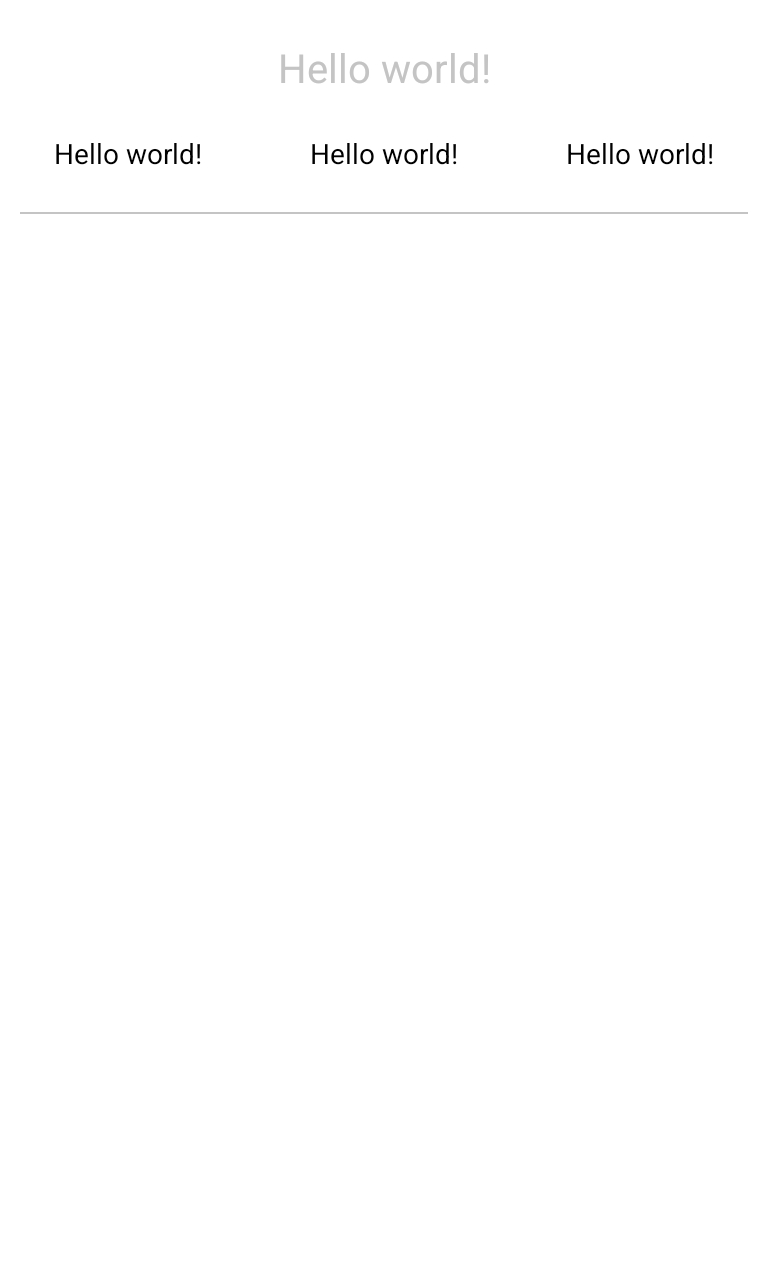
Repository: colincove/IAT381-Android
Layout: ColinCove_Assignment02/res/layout/activity_sensor_info.xml
These files come from the project's save history. The layout is drawn as it stood at one moment and after the next save; the edit follows.
It is drawn on a 768 x 1280 px phone screen (xhdpi) without system bars, with theme AppTheme; the app's code is not run.

Above is the layout before, as saved 2013-10-04 19:03:29.

### ColinCove_Assignment02/res/layout/activity_sensor_info.xml
<?xml version="1.0" encoding="utf-8"?>
<TableLayout xmlns:android="http://schemas.android.com/apk/res/android"
    android:id="@id/sensor_display_layout"
    android:layout_width="fill_parent"
    android:layout_height="fill_parent"
    android:orientation="vertical"
    android:shrinkColumns="*"
    android:stretchColumns="*" >

    <TableRow
        android:layout_width="wrap_content"
        android:layout_height="wrap_content" >

        <TextView
            android:layout_width="wrap_content"
            android:layout_height="wrap_content"
            android:layout_marginBottom="20dip"
            android:layout_marginTop="20dip"
            android:layout_span="3"
            android:gravity="center"
            android:text="@string/hello_world"
            android:textColor="@color/low_contrast"
            android:textSize="20sp" />
    </TableRow>

    <TableRow
        android:layout_width="fill_parent"
        android:layout_height="wrap_content" >

        <TextView
            android:layout_width="wrap_content"
            android:layout_height="wrap_content"
            android:layout_span="1"
            android:gravity="center"
            android:text="@string/hello_world"
            android:textColor="@color/heigh_contrast" />

        <TextView
            android:layout_width="wrap_content"
            android:layout_height="wrap_content"
            android:layout_span="1"
            android:gravity="center"
            android:text="@string/hello_world"
            android:textColor="@color/heigh_contrast" />

        <TextView
            android:layout_width="wrap_content"
            android:layout_height="wrap_content"
            android:layout_span="1"
            android:gravity="center"
            android:text="@string/hello_world"
            android:textColor="@color/heigh_contrast" />
    </TableRow>

    <View
        android:layout_height="1dip"
        android:layout_marginBottom="20dip"
        android:layout_marginLeft="10dip"
        android:layout_marginRight="10dip"
        android:layout_marginTop="20dip"
        android:background="@color/low_contrast" />

</TableLayout>

### ColinCove_Assignment02/res/values/strings.xml
<?xml version="1.0" encoding="utf-8"?>
<resources>

    <string name="app_name">ColinCove_Assignment02</string>
    <string name="action_settings">Settings</string>
    <string name="hello_world">Hello world!</string>
    <string name="test_btn">My Test Button</string>
    <!-- Sensor Info Titles -->
    <string name="resolution_title">Sensor Resolution</string>
    <string name="max_range_title">Max Range</string>
    <string name="min_delay_title">Min Range</string>
    <string name="power_title">Power</string>
<string name="type_title">Type</string>
<string name="vendor_title">Vendor</string>
<string name="version_title">Version</string>
</resources>

### ColinCove_Assignment02/res/values/colors.xml
<?xml version="1.0" encoding="utf-8"?>
<resources>
    <color name="low_contrast" >#c4c4c4</color>
    <color name="heigh_contrast" >#000000</color>
</resources>

Loaded but not shown: ColinCove_Assignment02/res/values/styles.xml (common file); ColinCove_Assignment02/res/values-v11/styles.xml (common file); ColinCove_Assignment02/res/values-v14/styles.xml (common file)

After the next save:
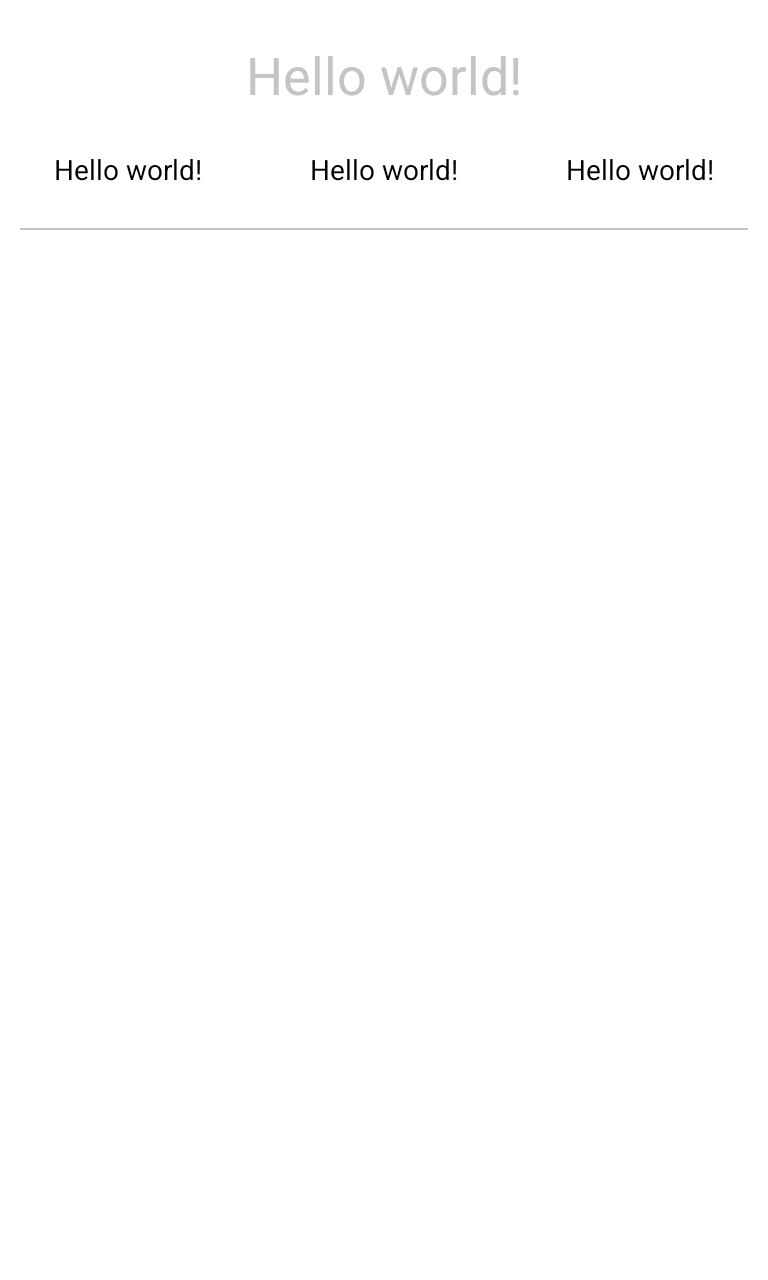
Saved 15 s later.
--- a/ColinCove_Assignment02/res/layout/activity_sensor_info.xml
+++ b/ColinCove_Assignment02/res/layout/activity_sensor_info.xml
@@ -20,7 +20,7 @@
             android:gravity="center"
             android:text="@string/hello_world"
             android:textColor="@color/low_contrast"
-            android:textSize="20sp" />
+            android:textSize="26sp" />
     </TableRow>
 
     <TableRow
